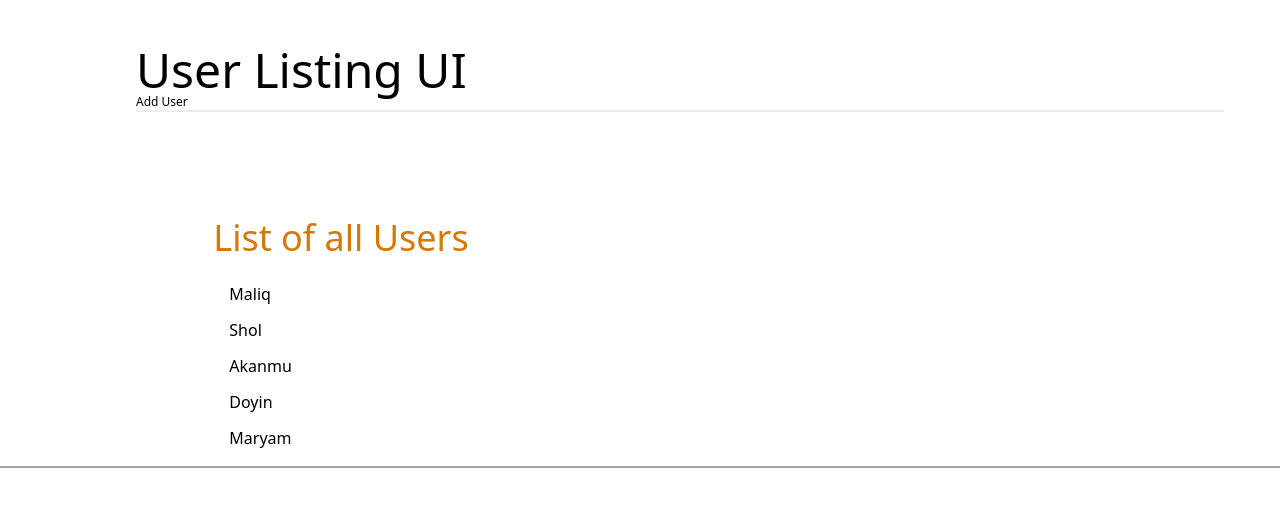
Repository: Marlstergo/listings
Page: /order (app in client/)
The author's editor kept a copy of each file at every save. The page is drawn from the files as they stood at one save, then again after the next save.
The browser window is 1280 px wide. The pictures show the whole page.
The project was rebuilt for these pictures with package versions that can differ from the ones it lists, and the page was loaded fresh each time. Also part of the build but not shown: client/craco.config.js, client/src/components/Loader.js, client/src/components/Order.js, client/src/components/Modal.js. Imported but missing from the stored project, and not drawn on this page: client/src/components/Base, client/src/components/Toppings.

Above is the page before, as saved 2021-07-20 23:49:45.

### client/src/index.js
/* eslint-disable no-unused-vars */
import React from "react";
import ReactDOM from "react-dom";
import "./index.css";
import App from "./App";
import reportWebVitals from "./reportWebVitals";
import { BrowserRouter } from "react-router-dom";
import { Provider } from "react-redux";
import { store } from "./redux/store";
import { PersistGate } from "redux-persist/integration/react";
import { persistor } from "./redux/store";

ReactDOM.render(
  <React.StrictMode>
    <Provider store={store}>
      <BrowserRouter>
        <PersistGate persistor={persistor}>
          <App />
        </PersistGate>
      </BrowserRouter>
    </Provider>
  </React.StrictMode>,
  document.getElementById("root")
);

// If you want to start measuring performance in your app, pass a function
// to log results (for example: reportWebVitals(console.log))
// or send to an analytics endpoint. Learn more: https://bit.ly/CRA-vitals
reportWebVitals();

### client/src/App.js
import React, { useState } from 'react';
import { Route, Switch, useLocation } from "react-router-dom";
import Header from './components/Header';
import Home from './components/Home';
import Base from './components/Base';
import Toppings from './components/Toppings';
import Order from './components/Order';
import Modal from './components/Modal';
import { AnimatePresence } from 'framer-motion';

function App() {
  const location = useLocation();
  const showModal = true;

  return (
    <>
      <Header />
      {/* <Modal showModal={showModal} /> */}
      <AnimatePresence exitBeforeEnter>
        <Switch location={location} key={location.key}>
          <Route path="/">
            <Home />
          </Route>
          <Route path="/createUpdateUser">
            <Toppings />
          </Route>
          <Route path="/order">
            <Order />
          </Route>
          <Route path="/">
            <Home />
          </Route>
        </Switch>
      </AnimatePresence>

    </>
  );
}

export default App;

### client/src/redux/store.js
import { createStore, applyMiddleware } from "redux";
import { logger } from 'redux-logger';
import {persistStore} from 'redux-persist';
// import thunk from 'redux-thunk'
import createSagaMiddleware from 'redux-saga'

import rootSaga from './root-sagas'

import rootReducer from './root-reducer';

const sagaMiddleware = createSagaMiddleware()

const middleware = [sagaMiddleware];

if( process.env.NODE_ENV === 'development'){
    middleware.push(logger)
}

export const store = createStore(rootReducer, applyMiddleware(...middleware))

sagaMiddleware.run(rootSaga)

export const persistor = persistStore(store)

export default (store, persistor);

### client/src/components/Header.js
import React from "react";
import { motion } from "framer-motion";

const svgVariants = {
  hidden: { rotate: -180 },
  visible: {
    rotate: 0,
    transition: { duration: 1 },
  },
};

const pathVariants = {
  hidden: {
    opacity: 0,
    pathLength: 0,
  },
  visible: {
    opacity: 1,
    pathLength: 1,
    transition: {
      duration: 2,
      ease: "easeInOut",
    },
  },
};

const buttonVariants = {
  show: {
    y: [0, -40],
    x: 0,
    textShadow: "0px 0px 8px rgb(255,255,255)",
    boxShadow: "0px 0px 8px rgb(255,255,255)",
    transition: {
      duration: 0.3,
      yoyo: Infinity,
      ease: 'easeOut'
    },
  },
};

const Header = () => {
  return (
    <header className="flex p-14  items-center">
      <motion.div
        className="logo"
        drag
        dragConstraints={{ left: 0, top: 0, right: 0, bottom: 0 }}
        dragElastic={0.7}
      >
        <motion.svg
          className="w-14 overflow-visible"
          xmlns="http://www.w3.org/2000/svg"
          viewBox="0 0 100 100"
          variants={svgVariants}
          initial="hidden"
          animate="visible"
        >
          <motion.path
            fill="none"
            d="M40 40 L80 40 C80 40 80 80 40 80 C40 80 0 80 0 40 C0 40 0 0 40 0Z"
            variants={pathVariants}
          />
          <motion.path
            fill="none"
            d="M50 30 L50 -10 C50 -10 90 -10 90 30 Z"
            variants={pathVariants}
          />
        </motion.svg>
      </motion.div>
      <motion.div
        className=" flex-grow ml-6 text-xs"
        initial={{ y: -250 }}
        animate={{ y: -10 }}
        transition={{ delay: 0.2, type: "spring", stiffness: 120 }}
      >
        <h1 className="border-b-2 pb-4 text-5xl">User Listing UI</h1>
        <motion.button variants={buttonVariants} whileHover="hover"
        animate="show"
        >
          Add User
        </motion.button>
      </motion.div>
    </header>
  );
};

export default Header;

### client/src/components/Home.js
import React from "react";
import { Link } from "react-router-dom";
import { motion } from "framer-motion";
import Loader from "./Loader";



const containerVariants = {
  hidden: {
    opacity: 0,
  },
  visible: {
    opacity: 1,
    transition: { delay: 1.5, duration: 1.5 },
  },
  exit: {
    x: "-100vh",
    transition: { ease: "easeInOut" },
  },
};
const users = ["maliq", "shol", "akanmu", "doyin", "maryam"];
const Home = () => {
  return (
    <motion.div
      className="  pb-4 mb-4 border-b-2 border-gray-400 flex flex-col items-center"
      variants={containerVariants}
      initial="hidden"
      animate="visible"
      exit="exit"
    >
      <div className="w-2/3 ">
        <h1 className="text-yellow-600 py-6 text-4xl">List of all Users</h1>
        <ul className="pl-4 space-y-3 capitalize ">
          {users.map(
            (user , idx) => (
              <li key={idx}>{user}</li>
            )
          )}

        </ul>
        {/* <table className="min-w-full divide-y divide-gray-200">
          <thead>
            <tr>
              <th className="px-6 py-3 bg-gray-50 text-left text-xs font-medium text-gray-500 uppercase tracking-wider">
                Transaction
              </th>
              <th className="px-6 py-3 bg-gray-50 text-right text-xs font-medium text-gray-500 uppercase tracking-wider">
                Amount
              </th>
              <th className="hidden px-6 py-3 bg-gray-50 text-left text-xs font-medium text-gray-500 uppercase tracking-wider md:block">
                Status
              </th>
              <th className="px-6 py-3 bg-gray-50 text-right text-xs font-medium text-gray-500 uppercase tracking-wider">
                Date
              </th>
            </tr>
          </thead>
        </table> */}
      </div>
    </motion.div>
  );
};

export default Home;

### client/src/redux/root-sagas.js
import {all, call} from 'redux-saga/effects'
import {userSagas} from './user/user.sagas'


export default function* rootSaga(){
    yield all([
        call(userSagas),
    ])
}

### client/src/redux/root-reducer.js
import {combineReducers} from 'redux'
import userReducer from './user/user.reducer'
// import cartReducer from './cart/cart.reducer'
import {persistReducer} from 'redux-persist'
import storage from 'redux-persist/lib/storage'
// import directoryReducer from './directory/directory.reducer'
// import shopReducer from './shop/shop.reducer'

const persistConfig ={
    key: 'root',
    storage,
    whitelist: ['' ]
}
const rootReducer = combineReducers({
    user: userReducer,

})
export default persistReducer(persistConfig, rootReducer)

### client/src/redux/user/user.sagas.js
import { all, call, put, takeLatest } from "redux-saga/effects";

import UserActionTypes from "./user.types";
import { loadUserDetail } from "./user.action";
// import axios from "axios";
// import { getUserDetailsURL } from "../../components/stringConstants";

export function* getDetails() {
  yield console.log("i fired");

  // try {
  //   console.log("inside try");

  //   const res = yield axios.get(getUserDetailsURL);
  //   const data = yield res.data;
  //   console.log(res);
  //   yield put(loadUserDetail(data ? data.data[0] : {}));
  // } catch (err) {
  //   console.log(err.response);
  //   if (err.response && err.response.statusText === "Not Found") {
  //     // console.log("");
  //     window.location.href = "/profile/settings?newUser=0837";
  //   }
  // }
}

export function* getUserDetails() {
  yield takeLatest(UserActionTypes.GET_USER_DETAIL, getDetails);
}
// export function* loadUserDetails(){
//     yield takeLatest(UserActionTypes.LOAD_USER_DETAIL, loadDetails)
// }

export function* userSagas() {
  yield all([call(getUserDetails)]);
}

### client/src/redux/user/user.reducer.js
import UserActionTypes from "./user.types";
const INITIAL_STATE = {
  // currentUser: null,
  userDetail: {},
  demo: 'i am demo',
  location: null

};
const userReducer = (state = INITIAL_STATE, action) => {
  switch (action.type) {

    case UserActionTypes.LOAD_USER_DETAIL:
      return {
        ...state,
        userDetail: action.payload,
      };

    case UserActionTypes.COLLECT_GEOLOCATION:
      return {
        ...state,
        location: action.payload
      }
    default:
      return state;
  }
};

export default userReducer;

### client/src/redux/user/user.types.js
const UserActionTypes ={
    GOOGLE_SIGN_IN_START : 'GOOGLE_SIGN_IN_START',
    SIGN_IN_SUCCESS : 'SIGN_IN_SUCCESS',
    SIGN_IN_FAILURE : 'SIGN_IN_FAILURE',
    GET_USER_DETAIL: 'GET_USER_DETAIL',
    LOAD_USER_DETAIL: 'LOAD_USER_DETAIL',
    COLLECT_GEOLOCATION: 'COLLECT_GEOLOCATION',
    FETCH_GEOLOCATION: 'FETCH_GEOLOCATION'
}
export default UserActionTypes;

### client/src/redux/user/user.action.js
import UserActionTypes from './user.types'



// export const googleSignInStart = () => ({
//     type: UserActionTypes.GOOGLE_SIGN_IN_START
// })

// export const signInSuccess = (user) => ({
//     type: UserActionTypes.SIGN_IN_SUCCESS,
//     payload: user
// })

export const getUserDetail = () => ({
    type: UserActionTypes.GET_USER_DETAIL,

})
export const loadUserDetail = (details) => ({
    type: UserActionTypes.LOAD_USER_DETAIL,
    payload: details
})

export const fetchGeoloction = () => ({
    type: UserActionTypes.FETCH_GEOLOCATION
})
export const collectGeolocation = (location) => ({
    type: UserActionTypes.COLLECT_GEOLOCATION,
    payload: location
})
// })

### client/tailwind.config.js
  // tailwind.config.js
  module.exports = {
    // mode:'jit',
    purge: ['./src/**/*.{js,jsx,ts,tsx}', './public/index.html'],
     darkMode: false, // or 'media' or 'class'
     theme: {
       extend: {},
     },
     variants: {
       extend: {},
     },
     plugins: [],
   }

Loaded but not shown: client/public/index.html (common file); client/src/index.css (common file); client/src/reportWebVitals.js (common file)

After the next save:
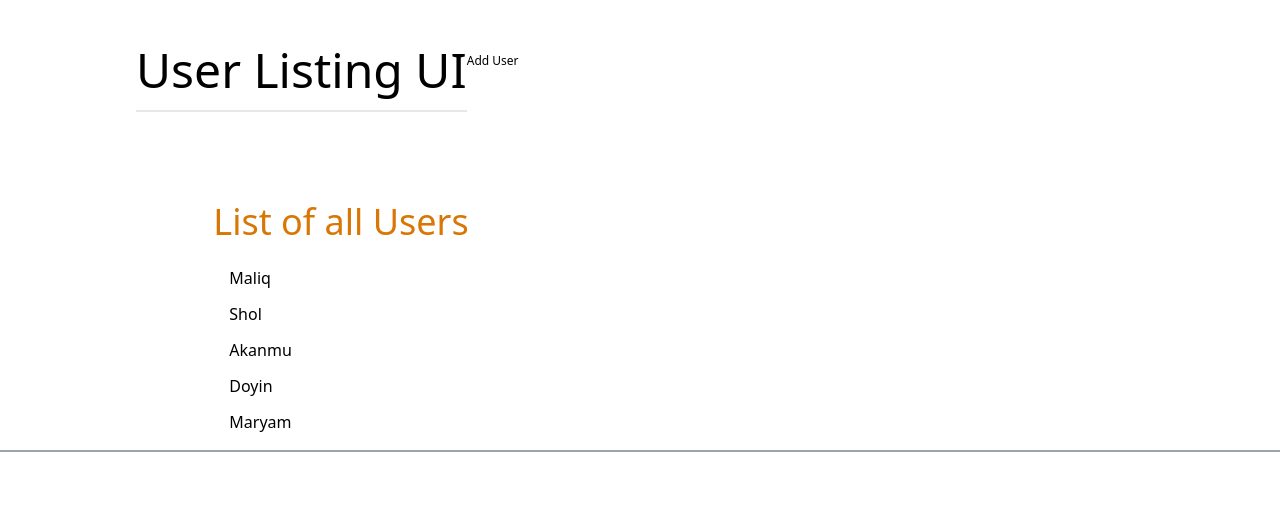
Saved 24 s later.
--- a/client/src/components/Header.js
+++ b/client/src/components/Header.js
@@ -68,7 +68,7 @@ const Header = () => {
         </motion.svg>
       </motion.div>
       <motion.div
-        className=" flex-grow ml-6 text-xs"
+        className=" flex ml-6 text-xs"
         initial={{ y: -250 }}
         animate={{ y: -10 }}
         transition={{ delay: 0.2, type: "spring", stiffness: 120 }}
